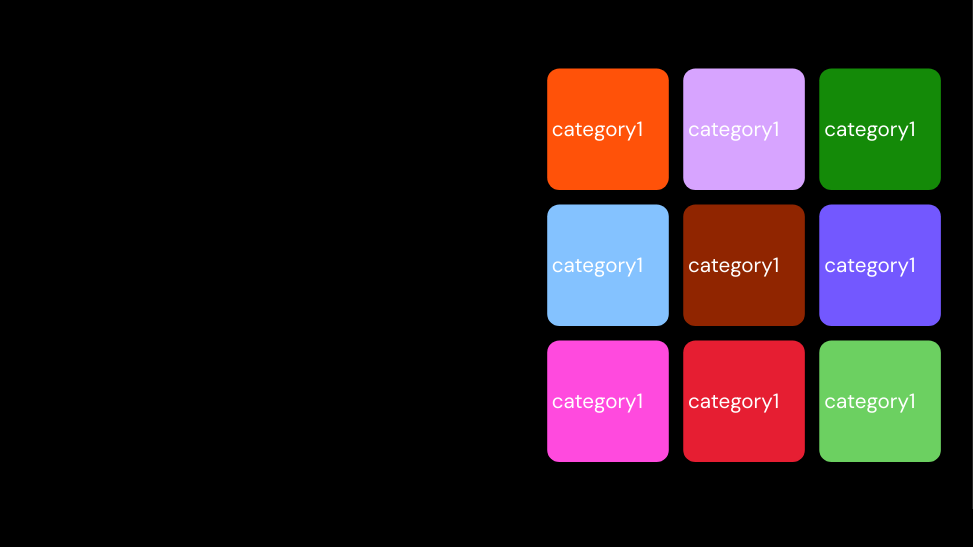
Repository: drumsmanku/react-capstone-project-2
Page: /categories
The author's editor kept a copy of each file at every save. The page is drawn from the files as they stood at one save, then again after the next save.
The browser window is 1280 px wide. The pictures show the whole page, at 76% of full size.
Some web fonts or font styles are not loaded; a fallback is used. The project was rebuilt for these pictures with package versions that can differ from the ones it lists, and the page was loaded fresh each time. Also part of the build but not shown: src/components/RegistrationPage.js, src/components/SubmitSuccess.js.

Above is the page before, as saved 2023-05-24 10:42:02.

### src/index.css
body,html{
  padding: 0;
  margin: 0;
}

### src/App.js
import './App.css';
import RegistrationPage from './components/RegistrationPage';
import SubmitSuccess from './components/SubmitSuccess';
import CategoriesPage from './components/CategoriesPage';
import { BrowserRouter as Router, Route, Routes} from 'react-router-dom';
function App() {
  const categories=['category1', 'category1','category1','category1','category1','category1','category1', 'category1','category1',];
  const colors=['#FF5209', '#D7A4FF','#148A08','#84C2FF','#902500','#7358FF','#FF4ADE','#E61E32','#6CD061',]
  return (
    <div className='App'>
      <Router>
        <Routes>
          <Route path='/' element={<RegistrationPage />}/>
          <Route path='/success' element={<SubmitSuccess/>}/>
          <Route path='/categories' element={<CategoriesPage categories={categories} backgroundcolor={colors} />}/>
        </Routes>
      </Router>
    </div>
  );
}

export default App;

### src/App.css
.App {
  margin: 0;
  padding: 0;

}

### src/components/CategoriesPage.js
import React from 'react'
import './CategoriesPage.css'

function CategoriesPage(props) {
  const{categories, backgroundcolor}=props
  return (
    <div className='container'>
      <div className='first-container'>

      </div>
      <div className='second-container'>
        <div className='category-container'>
          {categories.map((category, index)=>(
            <button style={{border:'none', background:'none',color:'white', backgroundColor:backgroundcolor[index], height:'10rem', width:'10rem', margin:'0.6rem', borderRadius:'1rem', fontSize:'1.7rem', fontFamily:'DM Sans', textAlign:'left', verticalAlign:'top'}} key={index}>{category}</button>
          ))}
        </div>
        <div>
          {/* next page button */}
        </div>

      </div>
    </div>
  )
}

export default CategoriesPage

### src/components/RegistrationPage.css
@import url('https://fonts.googleapis.com/css2?family=Roboto:wght@900&display=swap');
@import url('https://fonts.googleapis.com/css2?family=Single+Day&display=swap');
@import url('https://fonts.googleapis.com/css2?family=DM+Sans&display=swap');
.reg-page{
  background-image: url('../Assets/back1.png');
  background-size: 50% 120%;
  background-repeat: no-repeat;
  height: 100vh;

  background-color: black;
  display: flex;
}
.first-div{
  font-family:'Roboto';
  color: white;
  width: 50%;
  height: 100vh;
  display: flex;
  justify-content: center;
  position: relative;
}
.first-first-div{
  width: 70%;
  position: absolute;
  bottom: 4.5rem;
}
.first-first-div h1{
  font-size: 3rem;
  padding: 0;
  margin: 0;
}
.second-div{
  height: inherit;
  width: 50%;
  display: flex;
  flex-direction: column;
  justify-content: center;
  align-items: center;
  color: white;
}
.second-div h1{
  font-family: 'Single Day';
  font-size: 3.3rem;
  color: #72DB73;
  font-weight: 400;
  margin: 0;
}
.second-div h4{
  font-family: 'DM Sans';
  font-weight: 200;
  margin-bottom: 2rem;
  margin-top: 1rem;
  font-size: 1.1rem;
}
form{
  display: flex;
  flex-direction: column;
}
form input[type=text]{
  margin: 0.7rem;
  width: 23rem;
  height: 2.9rem;
  border: none;
  background-color: #292929;
  border-radius: 0.1rem;
  font-family: 'DM Sans';
}
form input[type=number]{
  margin: 0.7rem;
  width: 23rem;
  height: 2.9rem;
  border: none;
  background-color: #292929;
  border-radius: 0.1rem;
  font-family: 'DM Sans';

}
form input[type=email]{
  margin: 0.7rem;
  width: 23rem;
  height: 2.9rem;
  border: none;
  background-color: #292929;
  border-radius: 0.1rem;
  font-family: 'DM Sans';
}

form input::placeholder{
  padding-left: 0.9rem;
  font-size: 1rem;
}
.checkbox1{
  width: 100%;
  display: flex;
  padding-left: 0.5rem;
  font-family: 'DM Sans';
  margin: 1.6rem 0 1.6rem 0;
  font-size: 0.9rem;
}
.checkbox1 input[type="checkbox"]{
  margin-right: 1rem;
  border: none;
  transform: scale(1.4);
}
form button{
  background-color: #72DB73;
  border: none;
  height: 3rem;
  width: 23rem;
  border-radius: 2.2rem;
  font-size: 1.4rem;
  font-family: 'DM Sans';
  font-weight: 600;
  color: white;
  letter-spacing: 0.2rem;
}

### src/components/CategoriesPage.css
@import url('https://fonts.googleapis.com/css2?family=Roboto:wght@900&display=swap');
@import url('https://fonts.googleapis.com/css2?family=Single+Day&display=swap');
@import url('https://fonts.googleapis.com/css2?family=DM+Sans&display=swap');

.container{
  display:flex;
  background-color: black;
  height: 100vh;
  width: 100%;
}
.first-container{
  height: inherit;
  width: 40%;
}

.second-container{
  height: inherit;
  width: 60%;
  display: flex;
  flex-direction: column;
  justify-content: center;
  align-items: flex-end;
  position: relative;
}
.category-container{
  width: 70%;
  margin-right: 2rem;
  position: absolute;
  top: 5rem;
}

Loaded but not shown: public/index.html (common file); src/index.js (common file)

After the next save:
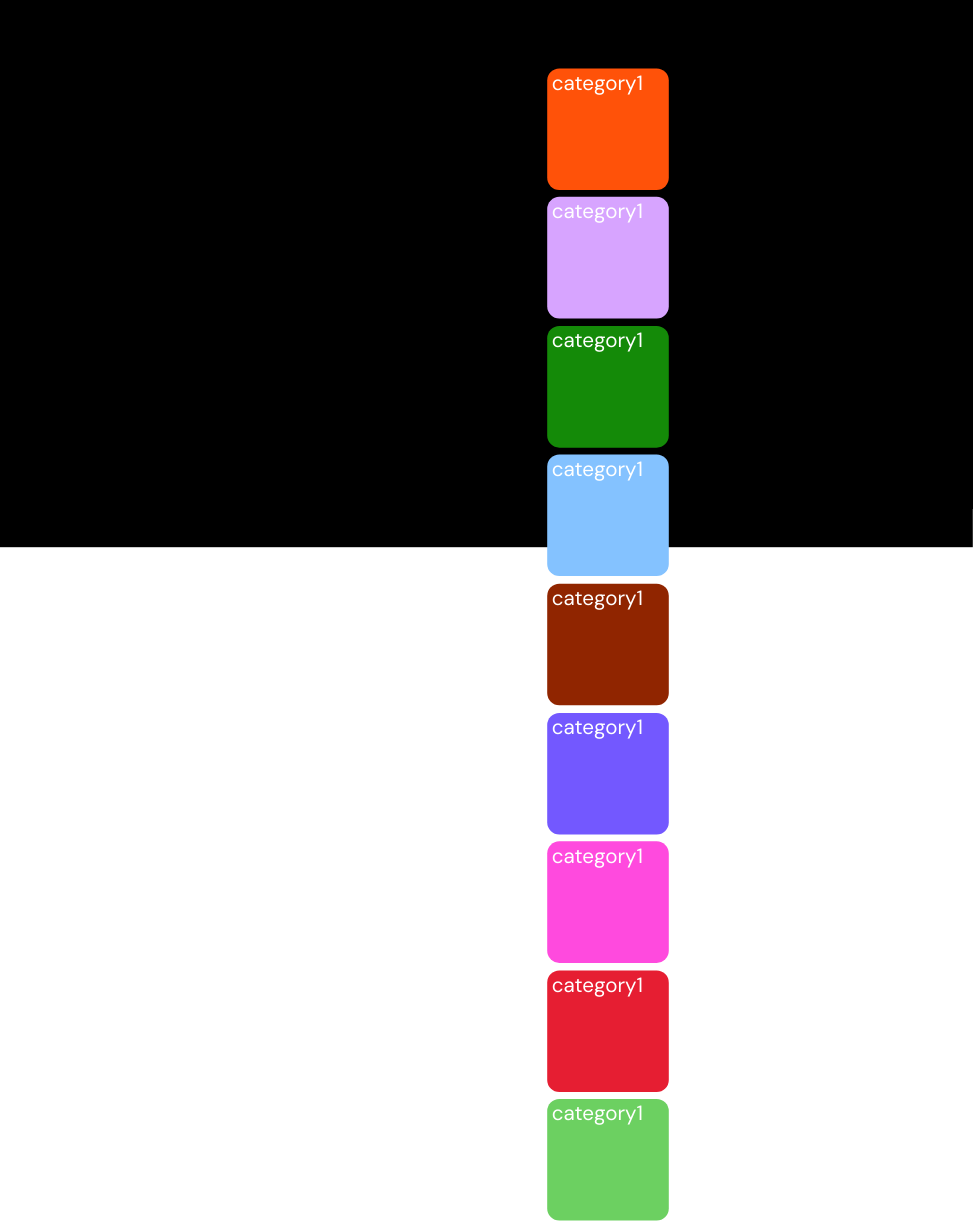
Saved 3 min 27 s later.
--- a/src/components/CategoriesPage.js
+++ b/src/components/CategoriesPage.js
@@ -11,7 +11,9 @@
       <div className='second-container'>
         <div className='category-container'>
           {categories.map((category, index)=>(
-            <button style={{border:'none', background:'none',color:'white', backgroundColor:backgroundcolor[index], height:'10rem', width:'10rem', margin:'0.6rem', borderRadius:'1rem', fontSize:'1.7rem', fontFamily:'DM Sans', textAlign:'left', verticalAlign:'top'}} key={index}>{category}</button>
+            <button style={{border:'none', background:'none',color:'white', backgroundColor:backgroundcolor[index], height:'10rem', width:'10rem', margin:'0.6rem', borderRadius:'1rem', fontSize:'1.7rem', fontFamily:'DM Sans', textAlign:'left', verticalAlign:'', display: 'flex',
+            justifyContent: 'flex-start',
+            alignItems: 'flex-start',}} key={index}>{category}</button>
           ))}
         </div>
         <div>

After the 3 saves that followed:
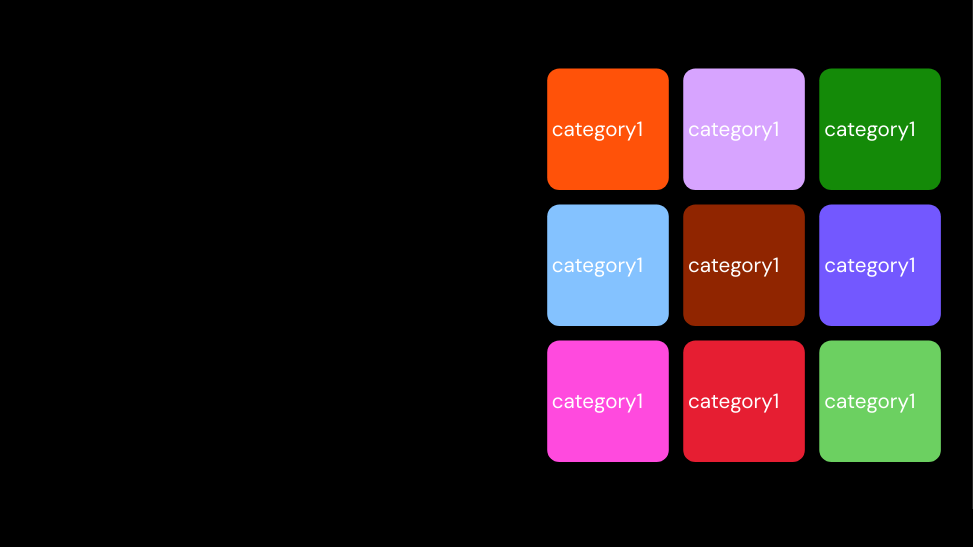
The 3 saves are shown as one change because 1 left the picture as it was and some came seconds apart.
The last was saved 21 s later.
--- a/src/components/CategoriesPage.js
+++ b/src/components/CategoriesPage.js
@@ -11,9 +11,7 @@
       <div className='second-container'>
         <div className='category-container'>
           {categories.map((category, index)=>(
-            <button style={{border:'none', background:'none',color:'white', backgroundColor:backgroundcolor[index], height:'10rem', width:'10rem', margin:'0.6rem', borderRadius:'1rem', fontSize:'1.7rem', fontFamily:'DM Sans', textAlign:'left', verticalAlign:'', display: 'flex',
-            justifyContent: 'flex-start',
-            alignItems: 'flex-start',}} key={index}>{category}</button>
+            <button style={{border:'none', background:'none',color:'white', backgroundColor:backgroundcolor[index], height:'10rem', width:'10rem', margin:'0.6rem', borderRadius:'1rem', fontSize:'1.7rem', fontFamily:'DM Sans', textAlign:'left',}} key={index}>{category}</button>
           ))}
         </div>
         <div>
